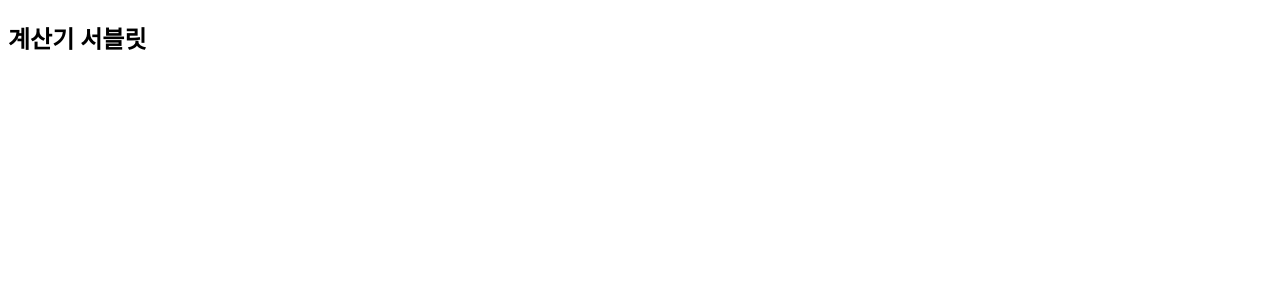
Repository: heezzanggg/JSPWebProgramming
Page: JSPWebProgramming/jwbook/src/main/webapp/ch05/calcForm.html
The author's editor kept a copy of each file at every save. The page is drawn from the files as they stood at one save, then again after the next save.
The browser window is 1280 px wide. The pictures show the whole page.

Above is the page before, as saved 2023-03-27 16:11:27.

After the next save:
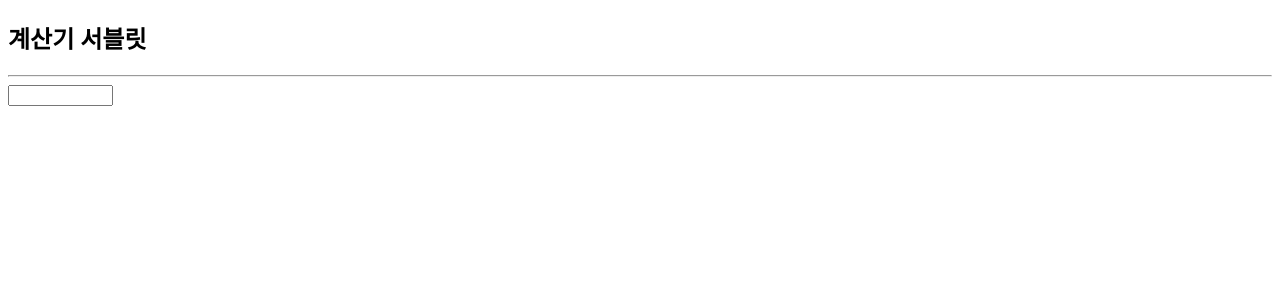
Saved 70 s later.
--- a/JSPWebProgramming/jwbook/src/main/webapp/ch05/calcForm.html
+++ b/JSPWebProgramming/jwbook/src/main/webapp/ch05/calcForm.html
@@ -6,6 +6,10 @@
 </head>
 <body>
 	<h2>계산기 서블릿</h2>
+	<hr>
+	<form method="post" action="/jwbook/calc">
+		<input type="text" name="n1" size="10"><selct name="op">
+	</form>
 
 </body>
 </html>
